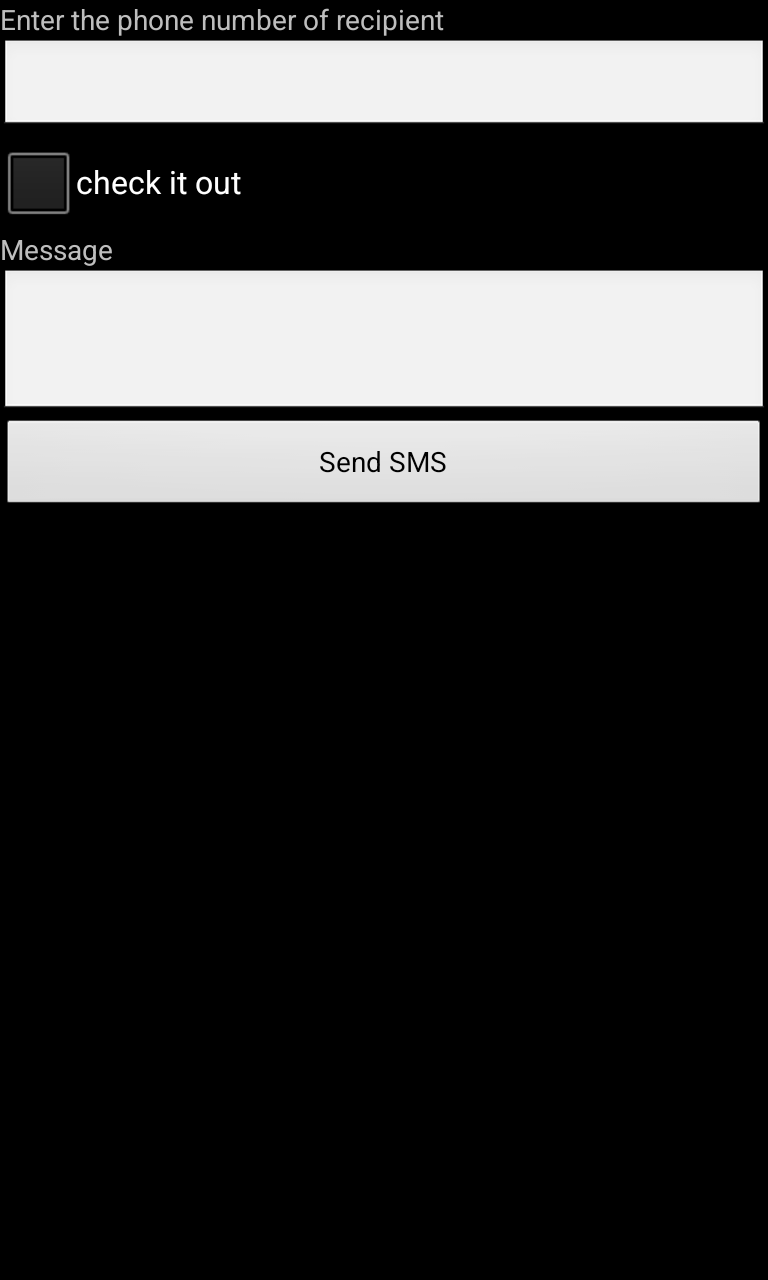
Repository: RaabsIn513/eclipse_workspace
Layout: SAS_revA/res/layout/main_test_sms.xml
The author's editor kept a copy of each file at every save. The layout is drawn from the files as they stood at one save, then again after the next save.
It is drawn on a 768 x 1280 px phone screen (xhdpi) without system bars, with theme android:Theme; the app's code is not run.

Above is the layout before, as saved 2012-02-16 17:58:35.

### SAS_revA/res/layout/main_test_sms.xml
<?xml version="1.0" encoding="utf-8"?>
<LinearLayout xmlns:android="http://schemas.android.com/apk/res/android"
    android:layout_width="fill_parent"
    android:layout_height="fill_parent"
    android:orientation="vertical" >

    <TextView
        android:layout_width="fill_parent"
        android:layout_height="wrap_content"
        android:text="Enter the phone number of recipient"
        />
    <EditText
        android:id="@+id/txtPhoneNo"
        android:layout_width="fill_parent"
        android:layout_height="wrap_content"
        />
    <!-- Sensor ID, date, time, event data -->

	<CheckBox android:id="@+id/include_date"
        android:layout_width="wrap_content"
        android:layout_height="wrap_content"
        android:text="check it out" />

    <TextView
        android:layout_width="fill_parent"
        android:layout_height="wrap_content"
        android:text="Message"
        />
    <EditText
        android:id="@+id/txtMessage"
        android:layout_width="fill_parent"
        android:layout_height="150px"
        android:gravity="top"
        />
    <Button
        android:id="@+id/btnSendSMS"
        android:layout_width="fill_parent"
        android:layout_height="wrap_content"
        android:text="Send SMS"
        />

</LinearLayout>

### SAS_revA/res/values/strings.xml
<?xml version="1.0" encoding="utf-8"?>
<resources>

    <string name="hello">Hello World, SAS_revActivity!</string>

    <string name="app_name">SAS_rev</string>
	<string name="plotAct_text">Plot View</string>
    <string name="testSMSAct_text">Send Test Text Message</string>

	<string name="viewWave_btText">View audio wave plot</string>
    <string name="viewFFT_btText">View FFT plot</string>
    <string name="setThresh_btText">Set the threshold value</string>
    <string name="setSMS_btText">Set the SMS text message contents</string>
    <string name="sendSMS_btText">Send a test text message</string>

    <string name="include_date_cb">Include the current date</string>
	<string name="include_time_cb">Include the current time</string>
	<string name="fake_data_text">False test data</string>

</resources>

After the next save:
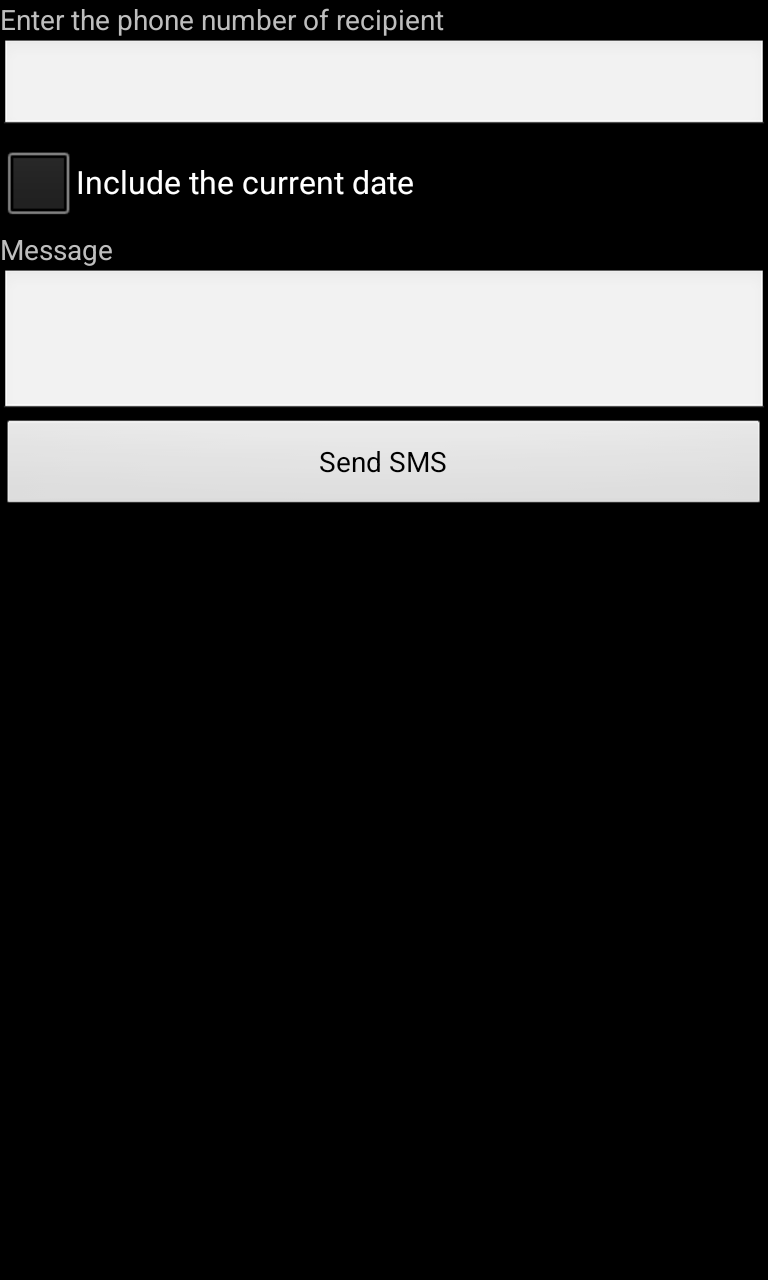
Saved 2 h 26 min later.
--- a/SAS_revA/res/layout/main_test_sms.xml
+++ b/SAS_revA/res/layout/main_test_sms.xml
@@ -19,7 +19,7 @@
 	<CheckBox android:id="@+id/include_date"
         android:layout_width="wrap_content"
         android:layout_height="wrap_content"
-        android:text="check it out" />
+        android:text="@string/include_date_cb" />
 
     <TextView
         android:layout_width="fill_parent"
